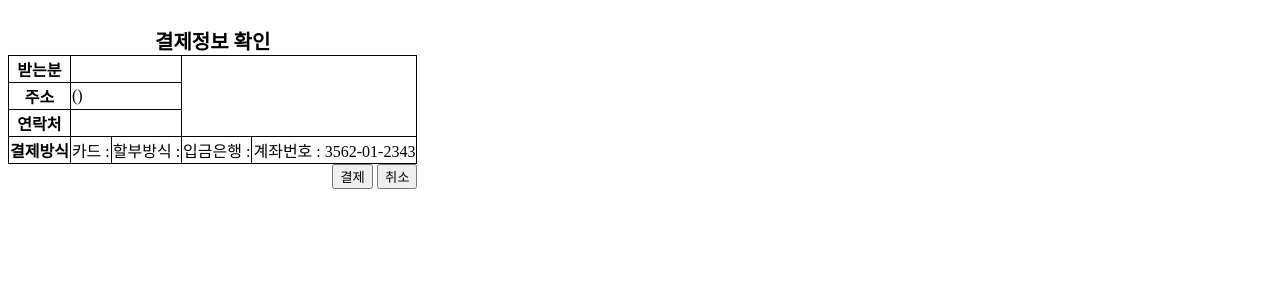
Repository: fellownew/project_workspace
Page: http://localhost/shoppingmall/WEB-INF/view/body/buyer/note.jsp
These files come from the project's save history. The page is drawn as it stood at one moment and after the next save; the edit follows.
The browser window is 1280 px wide. The pictures show the whole page.
The page is served by Tomcat 9. Nobody is signed in. The template is opened directly, without the code that normally fills it, so the values that code supplies are empty.

Above is the page before, as saved 2015-06-13 00:44:03.

After the next save:
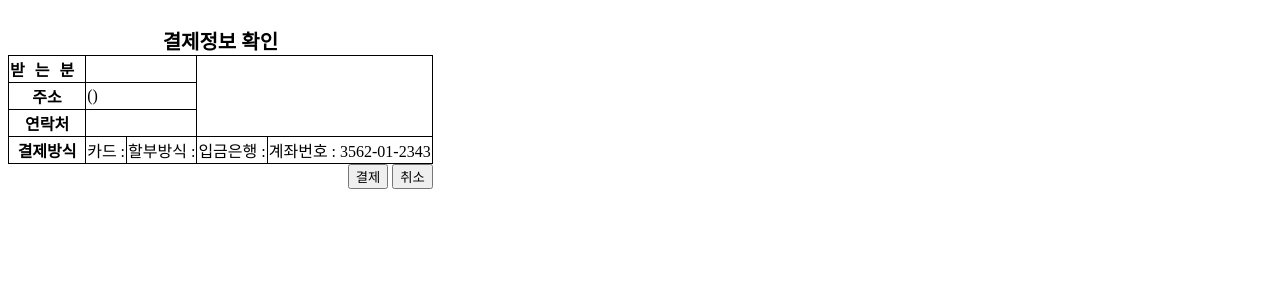
Saved 43 min 7 s later.
--- a/shoppingmall/WebContent/WEB-INF/view/body/buyer/note.jsp
+++ b/shoppingmall/WebContent/WEB-INF/view/body/buyer/note.jsp
@@ -45,7 +45,7 @@ table, td, th {
 		<caption style="text-align:center; font-weight:bold; font-size:20px" >결제정보 확인</caption>
 		<thead>
 			<tr><br>
-				<th>받는분</th>
+				<th style='letter-spacing:10px'>받는분</th>
 				<td style="text-align: left" colspan="2">${sessionScope.loginInfo.name}</td>
 			</tr>
 			<tr>
